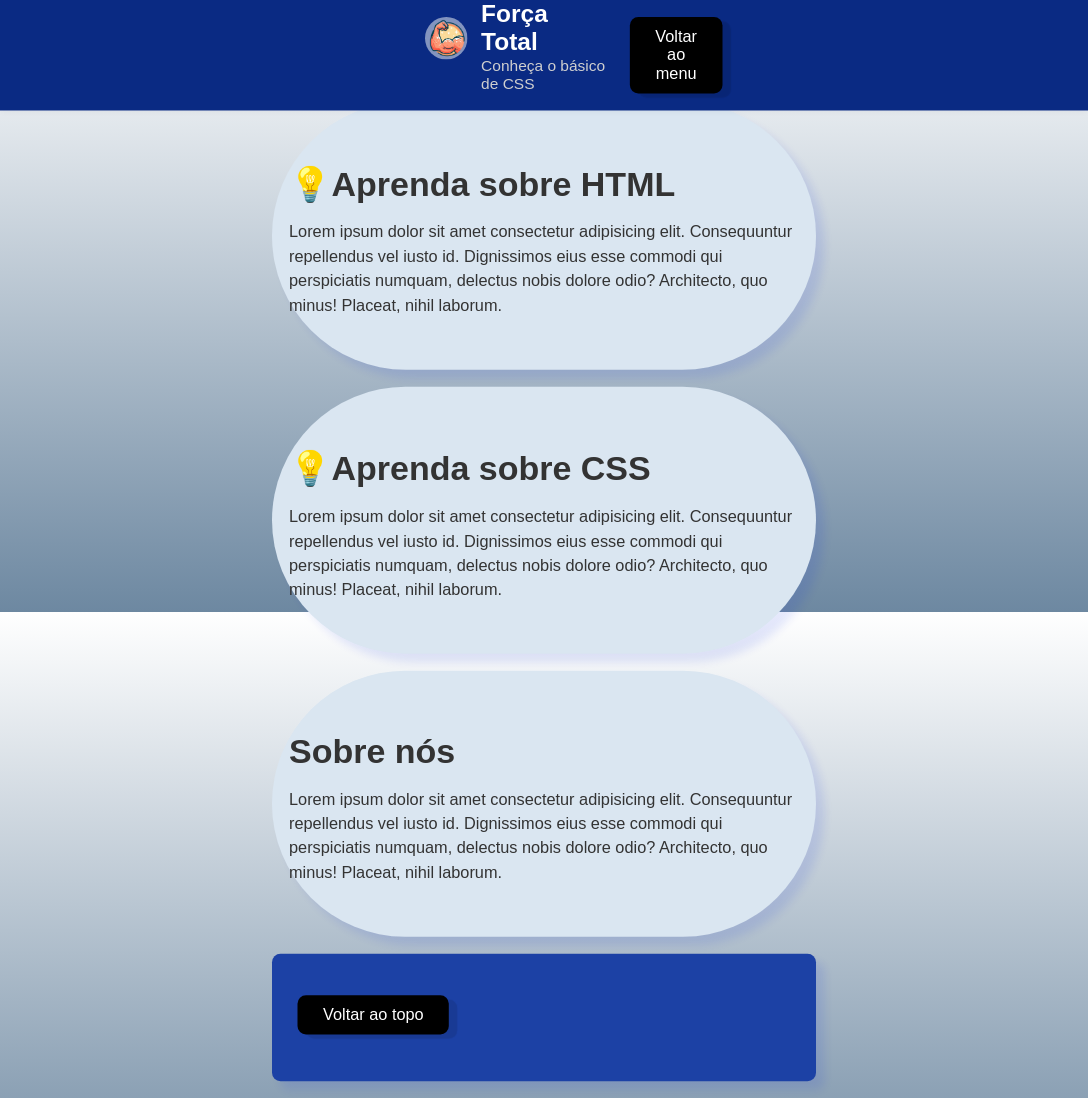
Repository: LuidyOn/Site_Forca_Total
Page: ForçaTotal/paginas/outros.html
These files come from the project's save history. The page is drawn as it stood at one moment and after the next save; the edit follows.
The browser window is 1280 px wide. The pictures show the whole page, at 85% of full size.
Backgrounds fixed to the window are drawn as part of the page.

Above is the page before, as saved 2025-05-22 20:03:53.

After the next save:
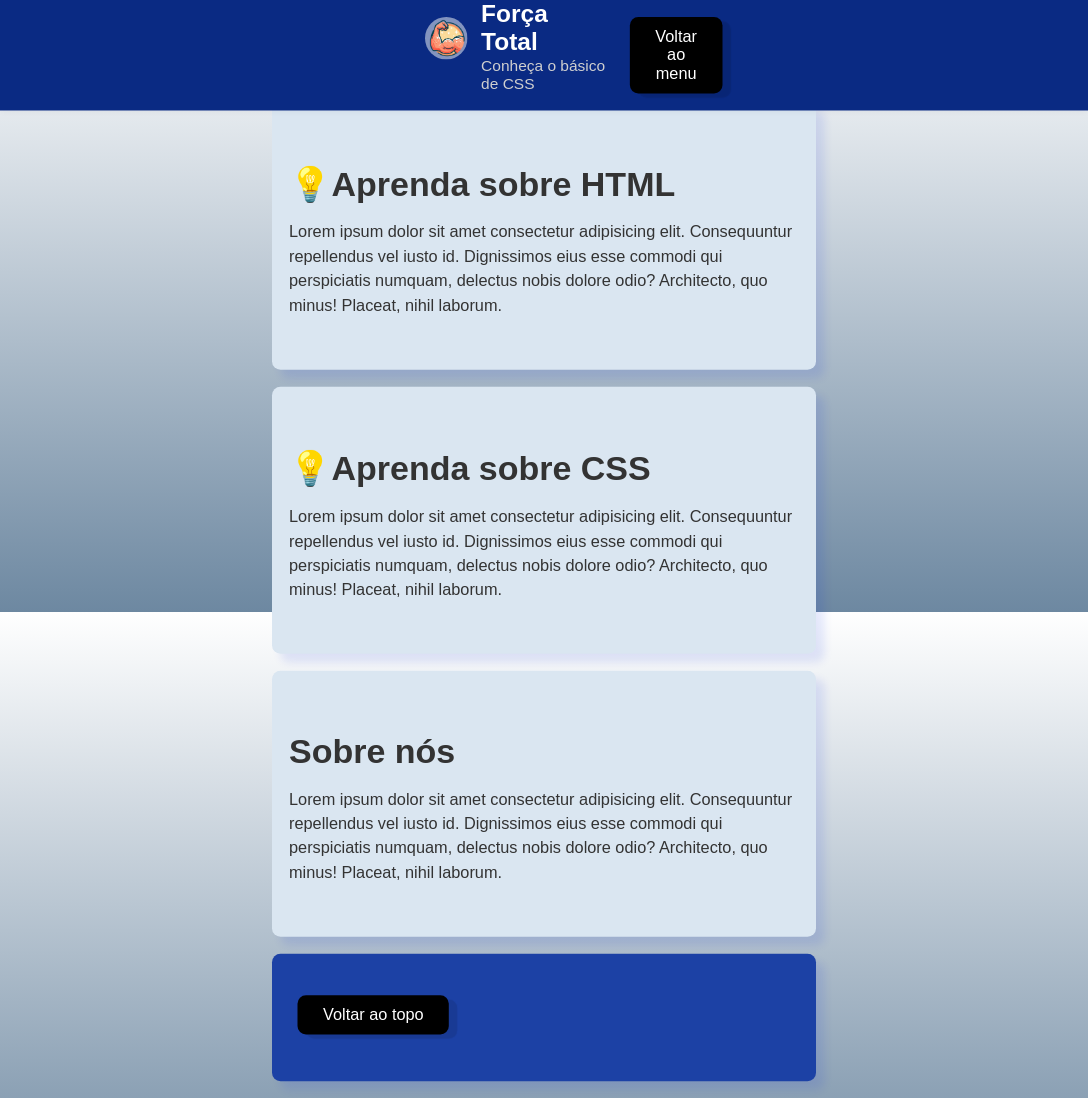
Saved 118 s later.
--- a/ForçaTotal/paginas/outros.html
+++ b/ForçaTotal/paginas/outros.html
@@ -45,14 +45,7 @@
   </section>
 </a>
 <style>
-.clicavel-section {
-  border-radius: 1000px;
-  cursor: pointer;
-  transition: transform 0.2s, box-shadow 0.2s;
-}
-.clicavel-section:hover {
-  transform: scale(1.03);
-  box-shadow: 0 4px 16px rgba(28, 65, 165, 0.15);
+
 }
 </style>
 

After the save that followed:
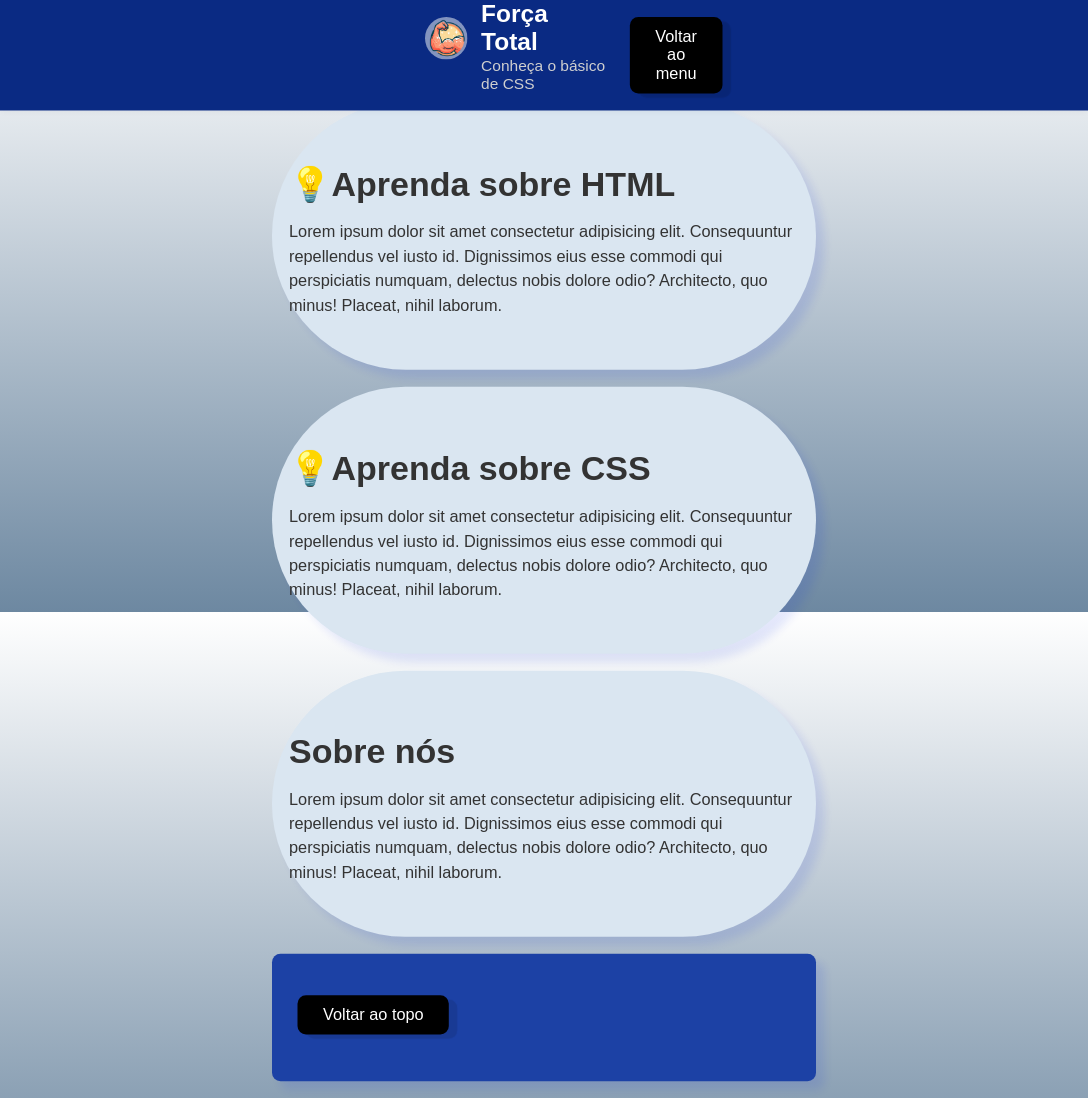
Saved 5 s later.
--- a/ForçaTotal/paginas/outros.html
+++ b/ForçaTotal/paginas/outros.html
@@ -45,7 +45,14 @@
   </section>
 </a>
 <style>
-
+.clicavel-section {
+  border-radius: 1000px;
+  cursor: pointer;
+  transition: transform 0.2s, box-shadow 0.2s;
+}
+.clicavel-section:hover {
+  transform: scale(1.03);
+  box-shadow: 0 4px 16px rgba(28, 65, 165, 0.15);
 }
 </style>
 
